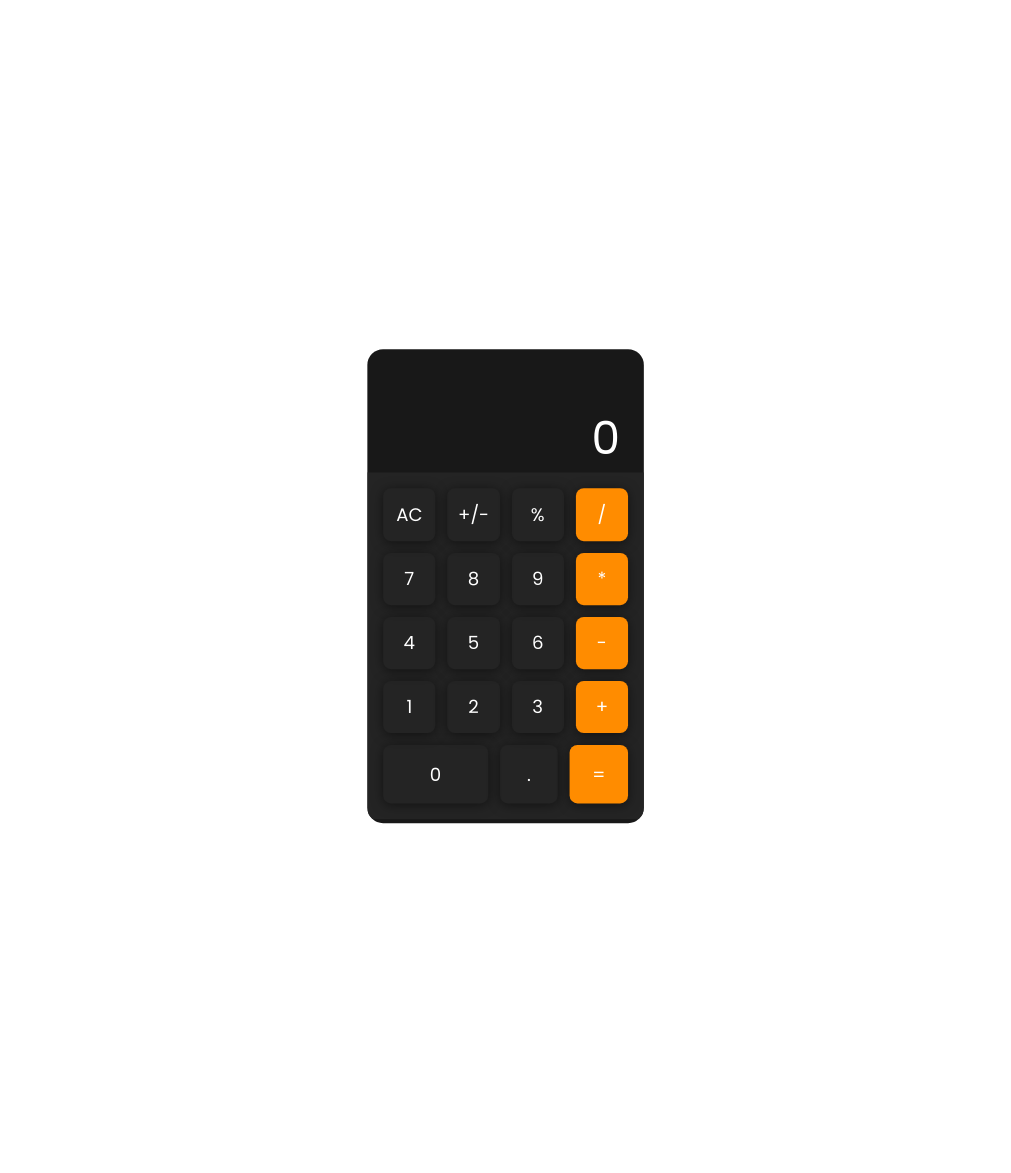
Repository: minhtien9/Calculator
Page: /
The author's editor kept a copy of each file at every save. The page is drawn from the files as they stood at one save, then again after the next save.
The browser window is 1280 px wide. The pictures show the whole page, at 79% of full size.
The project was rebuilt for these pictures with package versions that can differ from the ones it lists, and the page was loaded fresh each time. Also part of the build but not shown: src/App.css.

Above is the page before, as saved 2022-07-21 19:02:28.

After the next save:
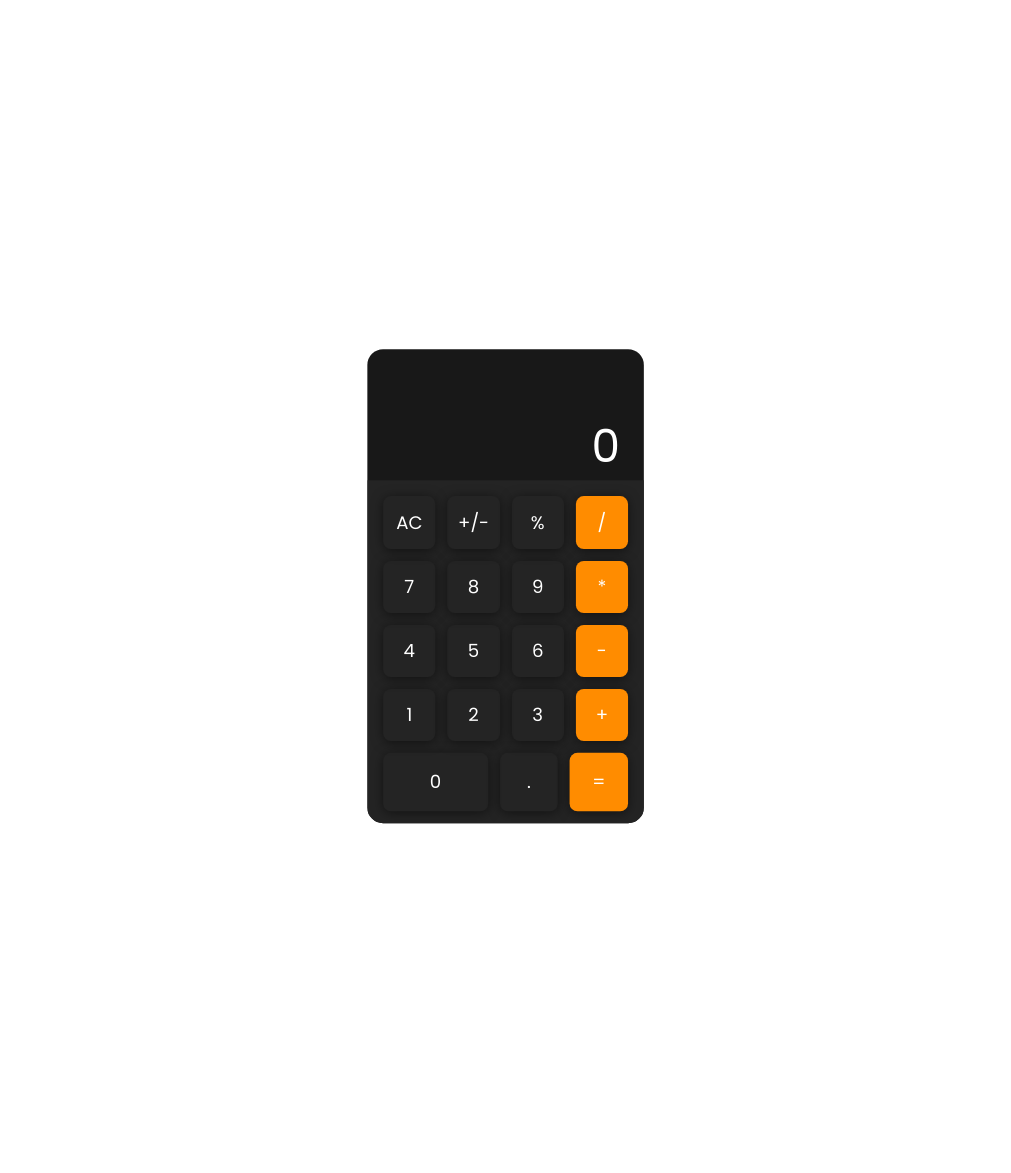
Saved 7 s later.
--- a/src/Components/Caculator.scss
+++ b/src/Components/Caculator.scss
@@ -32,7 +32,7 @@ button {
 
 .monitor {
     .out-put {
-        margin: 70px 30px 0px;
+        margin: 80px 30px 0px;
         font-size: 2.5rem;
         text-align: right;
     }
